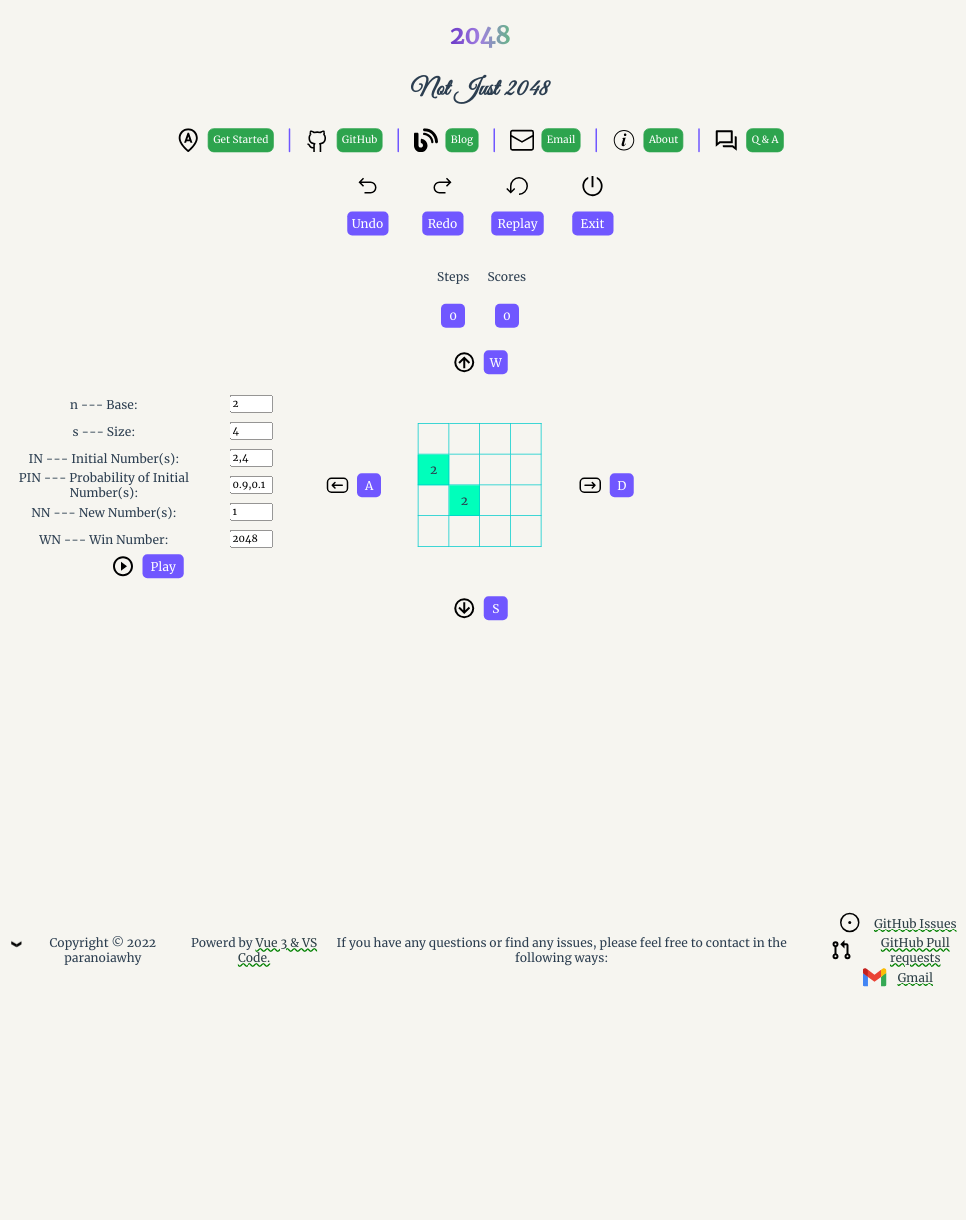
Repository: 321paranoiawhy/2048
Page: /
An editor plug-in stored every save of this project. The page is shown before and after the next save, followed by the edit.
The browser window is 1280 px wide. The page is 1288 px wide, so the pictures cover 1288 px, including what lies to the right of the window. The pictures show the whole page, at 75% of full size.
The project was rebuilt for these pictures with package versions that can differ from the ones it lists, and the page was loaded fresh each time. Also part of the build but not shown: vue.config.js.

Above is the page before, as saved 2022-04-29 20:57:08.

After the next save:
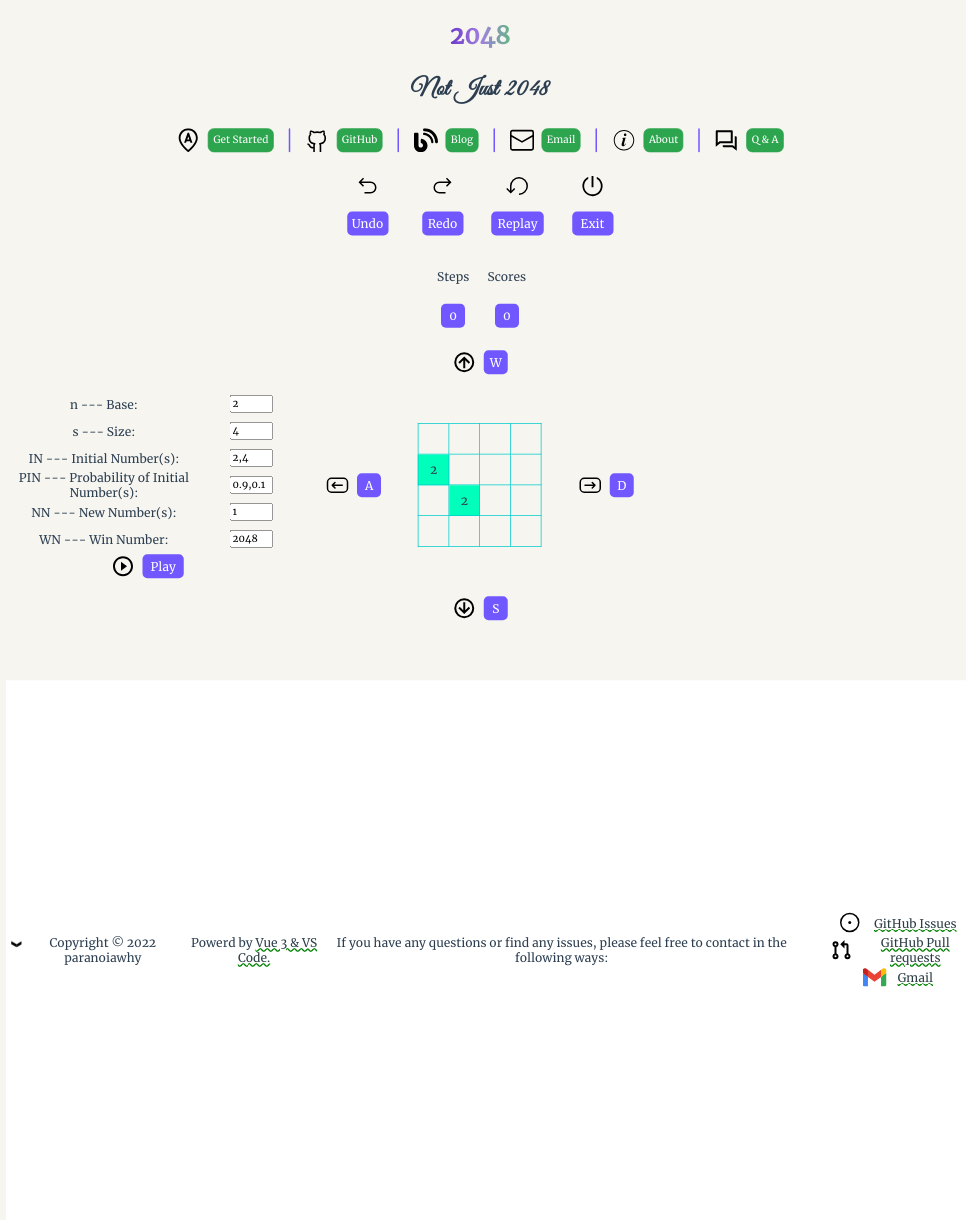
Saved 12 s later.
--- a/src/components/footer.vue
+++ b/src/components/footer.vue
@@ -65,7 +65,7 @@
     position: absolute;
     width: 100%;
     height: 100%;
-    // background: #333;
+    background: #fff;
 
     margin-top: 80px;
     & .double-arrow-down {

After the save that followed:
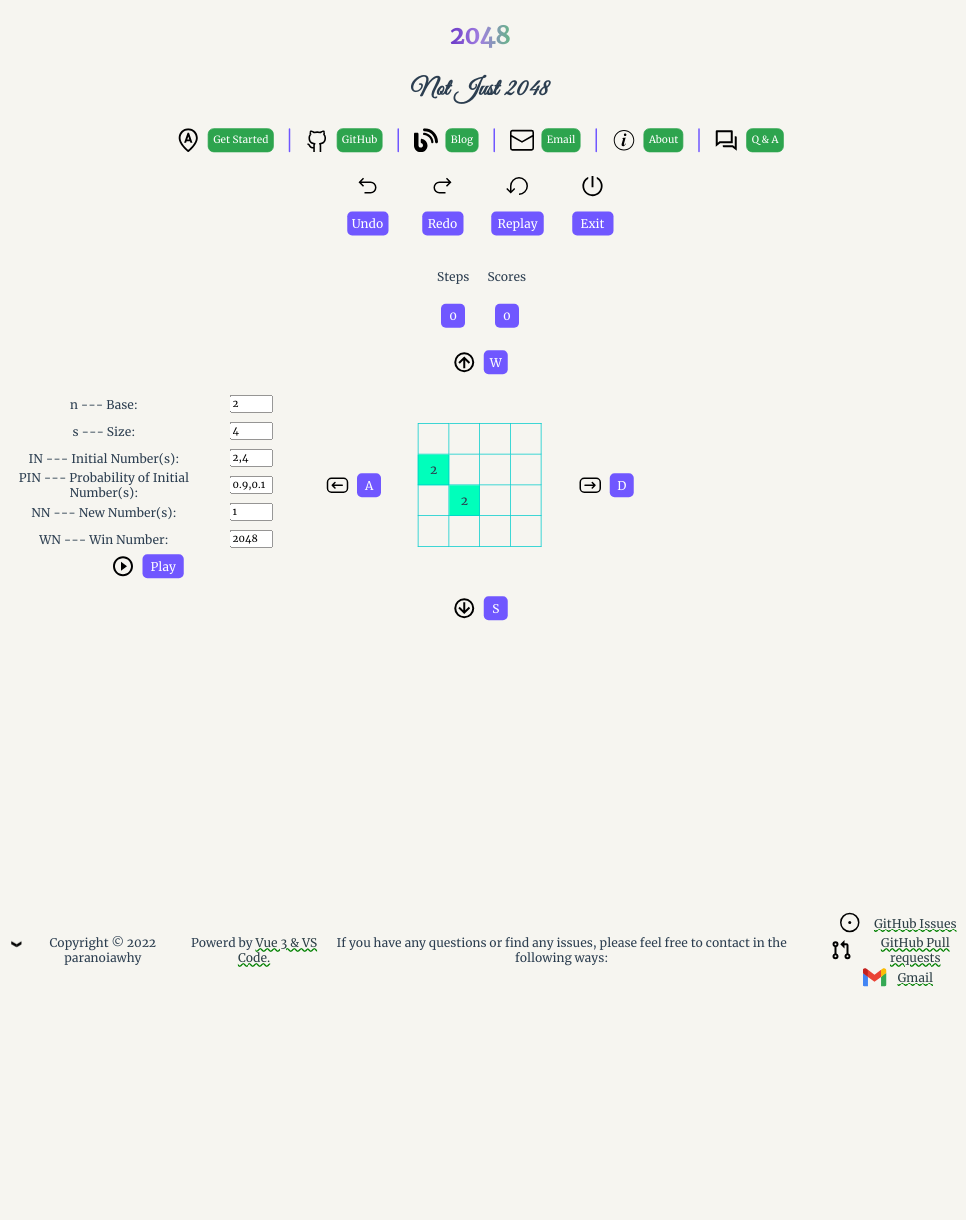
Saved 7 s later.
--- a/src/components/footer.vue
+++ b/src/components/footer.vue
@@ -65,7 +65,7 @@
     position: absolute;
     width: 100%;
     height: 100%;
-    background: #fff;
+    // background: #fff;
 
     margin-top: 80px;
     & .double-arrow-down {
